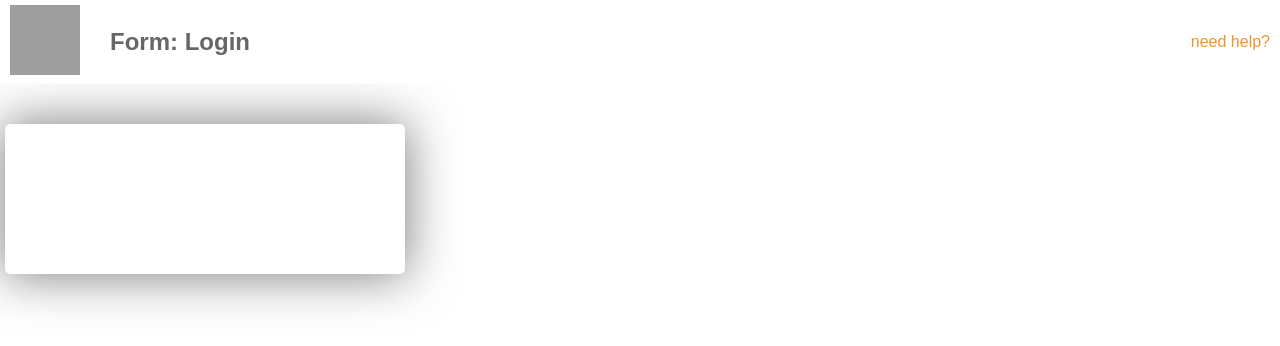
Repository: NguyenDucHung20002/project-homev1
Page: checkout/checkout.html
These files come from the project's save history. The page is drawn as it stood at one moment and after a run of saves; the edit follows.
The browser window is 1280 px wide. The pictures show the whole page.
Pictures or frames that could not be fetched are drawn as grey boxes. The style sheet was rebuilt from its Sass, Less or Tailwind sources for each picture, by a compiler version that may differ from the author's.

Above is the page before, as saved 2022-09-20 09:14:06.

### checkout/checkout.html
<!DOCTYPE html>
<html lang="en">

<head>
    <meta charset="UTF-8">
    <meta http-equiv="X-UA-Compatible" content="IE=edge">
    <meta name="viewport" content="width=device-width, initial-scale=1.0">
    <link rel="stylesheet" href="../reset.css">
    <link rel="stylesheet" href="../fontawesome-free-6.1.2-web/css/all.min.css">
    <link rel="stylesheet" href="../dist/css/checkout.css">
    <title>Document</title>
    <link rel="icon" href="/icon/favicon.png">
</head>

<body>
    <header>
        <div class="header">
            <div class="container">
                <div class="header-right">
                    <a href="../homev1.html"><img
                            src="http://wp.0effortthemes.com/themes/veggie/wp-content/uploads/2016/06/header-v3-logo.png"
                            alt=""></a>
                    <h2 class="name-form">Form: Login</h2>
                </div>
                <div class="header-left">
                    <a href="" class="help">need help?</a>
                </div>
            </div>
        </div>
    </header>

    <div class="content">
        <div class="container">
            <div class="thank-you">

            </div>
        </div>
    </div>

</body>

<script src="https://cdnjs.cloudflare.com/ajax/libs/jquery/3.6.0/jquery.min.js"
    integrity="sha512-894YE6QWD5I59HgZOGReFYm4dnWc1Qt5NtvYSaNcOP+u1T9qYdvdihz0PPSiiqn/+/3e7Jo4EaG7TubfWGUrMQ=="
    crossorigin="anonymous" referrerpolicy="no-referrer"></script>
<script src="./checkout.js"></script>

</html>

### reset.css
*,
*::after,
*::before {
  margin: 0;
  padding: 0;
  box-sizing: border-box;
}
a {
  text-decoration: none;
  /* mặc đinh là text-decoration: underline; */
}
ul,
ol {
  list-style: none;
}
input,
button {
  outline: none;
  border: none;
  background: none;
}
table,
th,
td {
  border-collapse: collapse;
}

### checkout/checkout.js
$(".btn-checkout").click((e) => {
  e.preventDefault();
});

### checkout/checkout.scss
* {
  font-family: "Poppins", sans-serif;
}
body {
  position: relative;
}
.container {
  margin: 0 auto;
  width: 1270px;
}
header {
  width: 100%;
  position: fixed;
  top: 0;
  left: 0;
  z-index: 10000;
  background-color: rgba(#ffffff, 0.8);
  .header {
    .container {
      display: flex;
      align-items: center;
      justify-content: space-between;
      padding: 5px;
      .header-right {
        display: flex;
        justify-content: flex-start;
        align-items: center;
        a {
          img {
            width: 70px;
            height: 70px;
          }
        }
        .name-form {
          color: #666;
          margin-left: 30px;
        }
      }
      .header-left {
        a {
          color: #f0932b;
        }
      }
    }
  }
}
.content {
  position: relative;
  z-index: 9999;
  .container {
    background-color: #ffffff;
    margin-top: 84px;
    padding: 40px 0px;
    .thank-you {
      width: 400px;
      height: 150px;
      border-radius: 5px;
      box-shadow: 0px 0px 50px 2px rgba(0, 0, 0, 0.5);
    }
  }
}

Loaded but not shown: fontawesome-free-6.1.2-web/css/all.min.css (library)

After the next 2 saves:
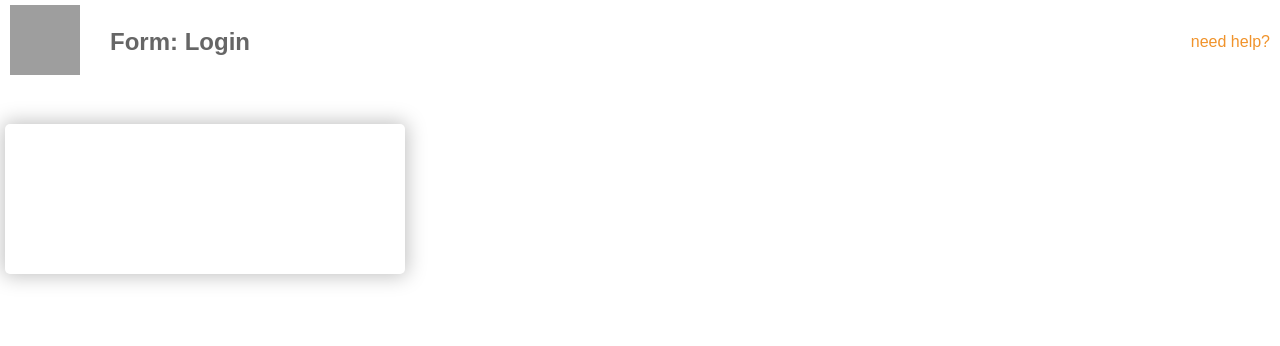
The 2 saves are shown as one change because they came seconds apart.
The last was saved 7 s later.
--- a/checkout/checkout.scss
+++ b/checkout/checkout.scss
@@ -55,7 +55,7 @@ header {
       width: 400px;
       height: 150px;
       border-radius: 5px;
-      box-shadow: 0px 0px 50px 2px rgba(0, 0, 0, 0.5);
+      box-shadow: 0px 0px 20px 2px rgba(0, 0, 0, 0.25);
     }
   }
 }
